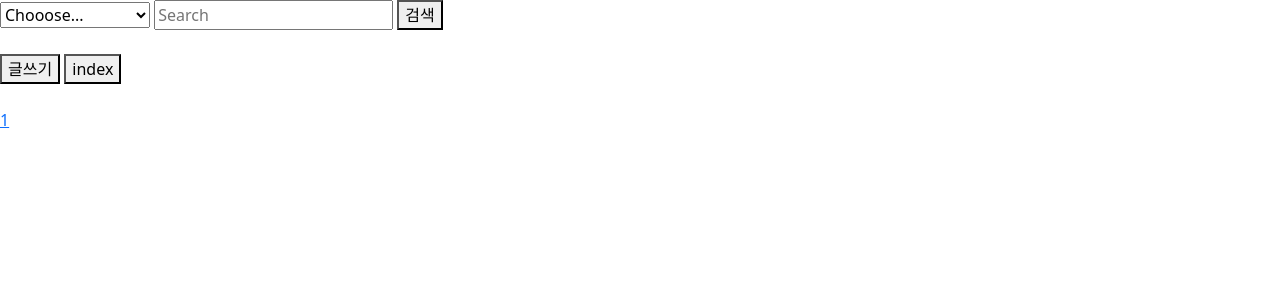
Repository: MrSeung/jsp_board
Page: http://localhost/jsp_project/board/list.jsp
These files come from the project's save history. The page is drawn as it stood at one moment and after the next save; the edit follows.
The browser window is 1280 px wide. The pictures show the whole page.
The page is served by Tomcat 9. Other server files are loaded and not shown. The template is opened directly, without the code that normally fills it, so the values that code supplies are empty.

Above is the page before, as saved 2023-06-01 05:00:36.

### jsp_project/src/main/webapp/board/list.jsp
<%@ page language="java" contentType="text/html; charset=UTF-8"
	pageEncoding="UTF-8"%>
<%@ taglib uri="http://java.sun.com/jsp/jstl/core" prefix="c"%>
<!DOCTYPE html>
<html>
<head>
<meta charset="UTF-8">
<title>Insert title here</title>
<link
	href="https://cdn.jsdelivr.net/npm/bootstrap@5.2.0/dist/css/bootstrap.min.css"
	rel="stylesheet"
	integrity="sha384-gH2yIJqKdNHPEq0n4Mqa/HGKIhSkIHeL5AyhkYV8i59U5AR6csBvApHHNl/vI1Bx"
	crossorigin="anonymous">
<script
	src="https://cdn.jsdelivr.net/npm/bootstrap@5.2.0/dist/js/bootstrap.bundle.min.js"
	integrity="sha384-A3rJD856KowSb7dwlZdYEkO39Gagi7vIsF0jrRAoQmDKKtQBHUuLZ9AsSv4jD4Xa"
	crossorigin="anonymous"></script>
	<style>
		.card{
			display: inline-block;
			margin: 30px;
		}
	</style>

</head>
<body>
	<!-- search -->
	<form action="/brd/search" method="post">
	<div>
		<c:set value="${pvo.type}" var="typed"></c:set>
		<select name="type">
			<option ${typed == null? 'selected':'' }>Chooose...</option>
			<option value="t" ${typed == 't'? 'selected':'' }>title</option>
			<option value="c" ${typed == 't'? 'selected':'' }>content</option>
			<option value="w" ${typed == 't'? 'selected':'' }>writer</option>
			<option value="tc" ${typed == 'tc'? 'selected':'' }>title or content</option>
			<option value="tw" ${typed == 'tw'? 'selected':'' }>title or writer</option>
			<option value="cw" ${typed == 'cw'? 'selected':'' }>content or writer</option>
		</select>
	<input type="text" name="search" placeholder="Search">
	<input type="hidden" name="pageNo" value="">
	<button> 검색</button>
	</div>
	</form>
	<c:forEach items="${list}" var="bvo">

		<!-- action을 댓글의 list를 먼저 타고 보드의 detail을 가면?/ -->
		<form action="/brd/detail" method="post">
			<div class="card" style="width: 18rem;">
					<c:if test="${bvo.image_file ne '' && bvo.image_file ne null}">
						<img alt="없음" src="/_fileUpload/${bvo.image_file}" class="card-img-top">
					</c:if>
				<div class="card-body">
					<input type="hidden" name="bno" value="${bvo.bno}">
					<h5 class="card-title">${bvo.title}</h5>
			        <p class="card-text">${bvo.content}</p>
					<button class="btn btn-primary" id="detail">상세보기</button>
					조회수 : ${bvo.readcount}
				</div>
			</div>
		</form>
	</c:forEach>
	<br>

	<a href="/brd/go_register"><button>글쓰기</button></a>
	<a href="/"><button>index</button></a>
	<br>
	<br>

	<!-- 이전 버튼 -->
	<c:if test="${ph.prevPage >= 0}">
		<a href="/brd/list?pagenum=${ph.prevPage}"><button>이전</button></a>
	</c:if>
	<!-- 페이지 번호 출력 -->
	<c:forEach var="i" begin="${ph.startPage}" end="${ph.endPage}">
		<a href="/brd/list?pagenum=${i}">${i+1}</a>
	</c:forEach>
	<!-- 다음 버튼 -->
	<c:if test="${(ph.nextPage+1) <= ph.totalPages}">
		<a href="/brd/list?pagenum=${ph.nextPage}"><button>다음</button></a>
	</c:if>


</body>
</html>

After the next save:
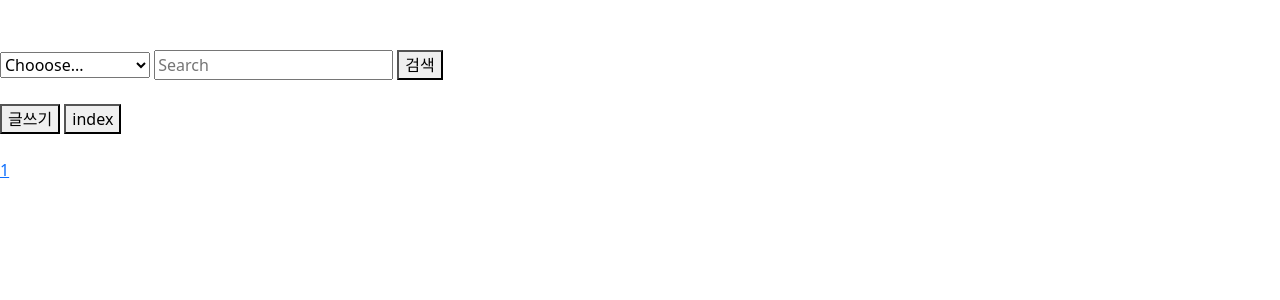
Saved 23 s later.
--- a/jsp_project/src/main/webapp/board/list.jsp
+++ b/jsp_project/src/main/webapp/board/list.jsp
@@ -19,6 +19,9 @@
 		.card{
 			display: inline-block;
 			margin: 30px;
+		}
+		body{
+			margin-top: 50px;
 		}
 	</style>
 
